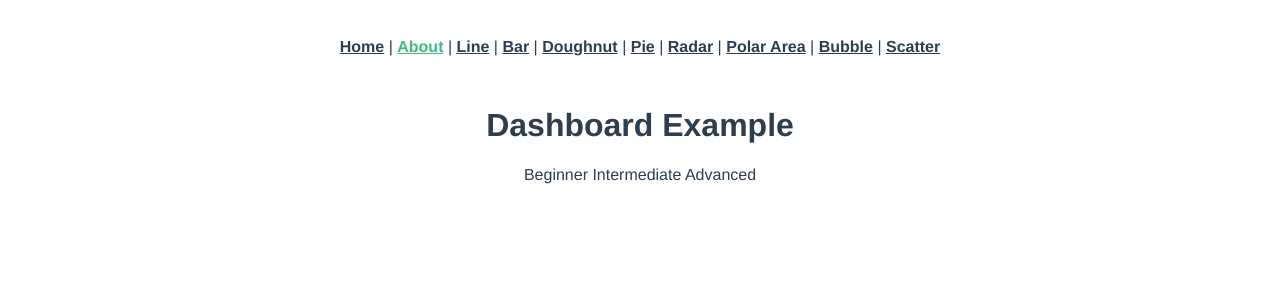
Repository: nashthecoder/vue_learn
Page: /about (app in client/)
The author's editor kept a copy of each file at every save. The page is drawn from the files as they stood at one save, then again after the next save.
The browser window is 1280 px wide. The pictures show the whole page.
The project was rebuilt for these pictures with package versions that can differ from the ones it lists, and the page was loaded fresh each time. Imported but missing from the stored project, and not drawn on this page: client/src/views/Home.vue.

Above is the page before, as saved 2020-12-14 22:10:29.

After the next save:
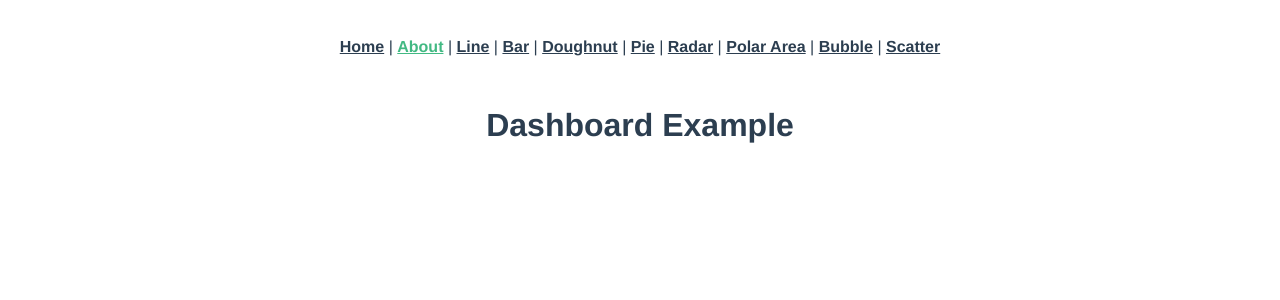
Saved 96 s later.
--- a/client/src/views/About.vue
+++ b/client/src/views/About.vue
@@ -3,13 +3,13 @@
     <h1>Dashboard Example</h1>
     <v-container>
       <v-card-text>
-        Beginner
+
       </v-card-text>
       <v-card-text>
-        Intermediate
+
       </v-card-text>
       <v-card-text>
-        Advanced
+
       </v-card-text>
     </v-container>
   </div>
